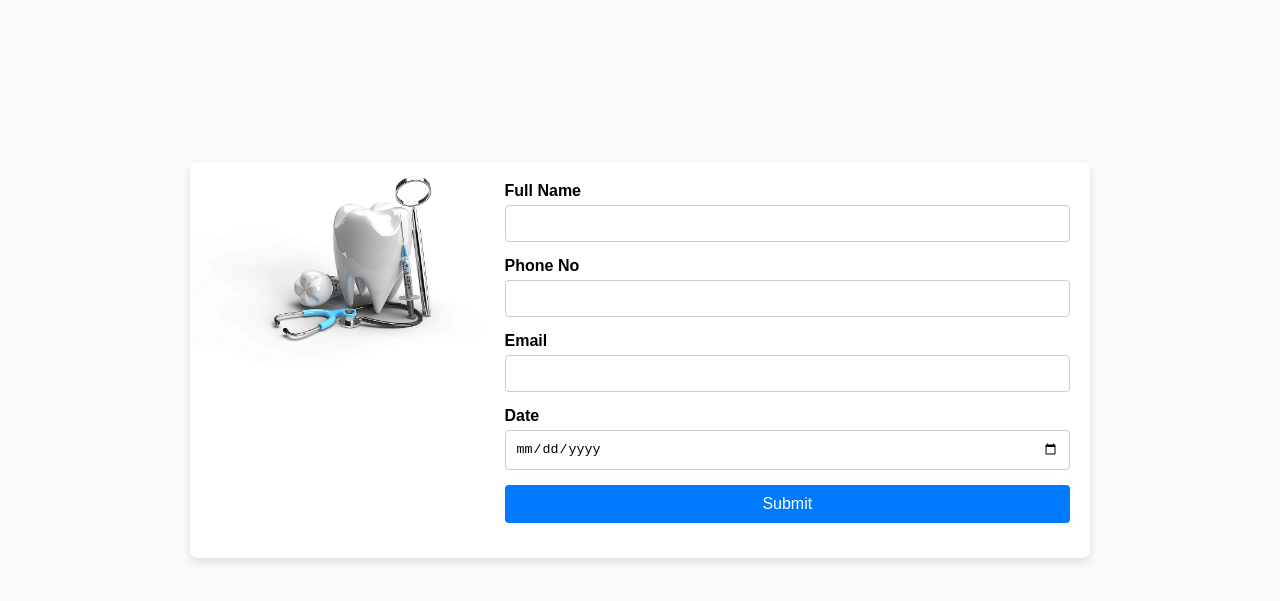
Repository: Reshu70/dental
Page: css/form.html
An editor plug-in stored every save of this project. The page is shown before and after the next save, followed by the edit.
The browser window is 1280 px wide. The pictures show the whole page.

Above is the page before, as saved 2024-06-06 11:49:32.

### css/form.html
<!DOCTYPE html>
<html lang="en">
<head>
    <meta charset="UTF-8">
    <meta name="viewport" content="width=device-width, initial-scale=1.0">
    <title>Responsive Form with Image</title>
    <style>
        body {
            font-family: Arial, sans-serif;
            background-color: #f8f9fa;
            display: flex;
            justify-content: center;
            align-items: center;
            height: 100vh;
            margin: 0;
        }

        .container {
            display: flex;
            flex-wrap: wrap;
            background: #fff;
            border-radius: 8px;
            box-shadow: 0 4px 8px rgba(0, 0, 0, 0.1);
            max-width: 900px;
            width: 100%;
            box-sizing: border-box;
        }

        .container img {
            flex: 1;
            max-width: 100%;
            border-top-left-radius: 8px;
            border-bottom-left-radius: 8px;
            object-fit: cover;
        }

        .form-container {
            flex: 2;
            padding: 20px;
        }

        .form-group {
            margin-bottom: 15px;
        }

        .form-group label {
            display: block;
            margin-bottom: 5px;
            font-weight: bold;
        }

        .form-group input,
        .form-group textarea {
            width: 100%;
            padding: 10px;
            border: 1px solid #ccc;
            border-radius: 4px;
            box-sizing: border-box;
        }

        .form-group textarea {
            resize: vertical;
        }

        .form-group button {
            width: 100%;
            padding: 10px;
            background-color: #007bff;
            border: none;
            color: #fff;
            font-size: 16px;
            border-radius: 4px;
            cursor: pointer;
        }

        .form-group button:hover {
            background-color: #0056b3;
        }

        @media (max-width: 768px) {
            .container {
                flex-direction: column;
            }

            .container img {
                border-top-right-radius: 8px;
                border-bottom-left-radius: 0;
            }

            .form-container {
                padding: 15px;
            }
        }
    </style>
</head>
<body>
    <div class="container">
        <img src="/images/About-us.jpg " alt="About Us Image" style="height: 200px;" class="img-fluid text-center mt-5">
        <div class="form-container">
            <form>
                <div class="form-group">
                    <label for="name">Full Name</label>
                    <input type="text" id="name" name="name" required>
                </div>
                <div class="form-group">
                    <label for="name">Phone No</label>
                    <input type="text" id="Phone No" name="Phone No" required>
                </div>
                <div class="form-group">
                    <label for="email">Email</label>
                    <input type="email" id="email" name="email" required>
                </div>
                <div class="form-group">
                    <label for="date">Date</label>
                    <input type="date" id="date" name="date" required>
                </div>


                <div class="form-group">
                    <button type="submit">Submit</button>
                </div>
            </form>
        </div>
    </div>
</body>
</html>

After the next save:
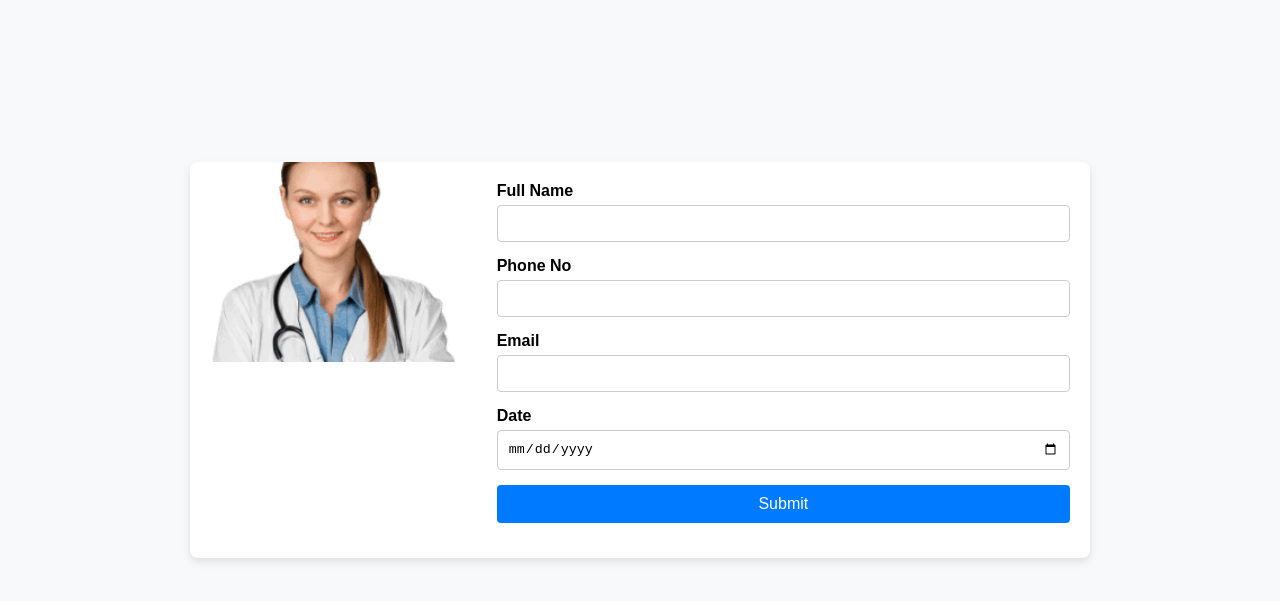
Saved 2 min 17 s later.
--- a/css/form.html
+++ b/css/form.html
@@ -95,7 +95,7 @@
 </head>
 <body>
     <div class="container">
-        <img src="/images/About-us.jpg " alt="About Us Image" style="height: 200px;" class="img-fluid text-center mt-5">
+        <img src="/images/team-1-1.png " alt="About Us Image" style="height: 200px;" class="img-fluid text-center mt-5">
         <div class="form-container">
             <form>
                 <div class="form-group">
